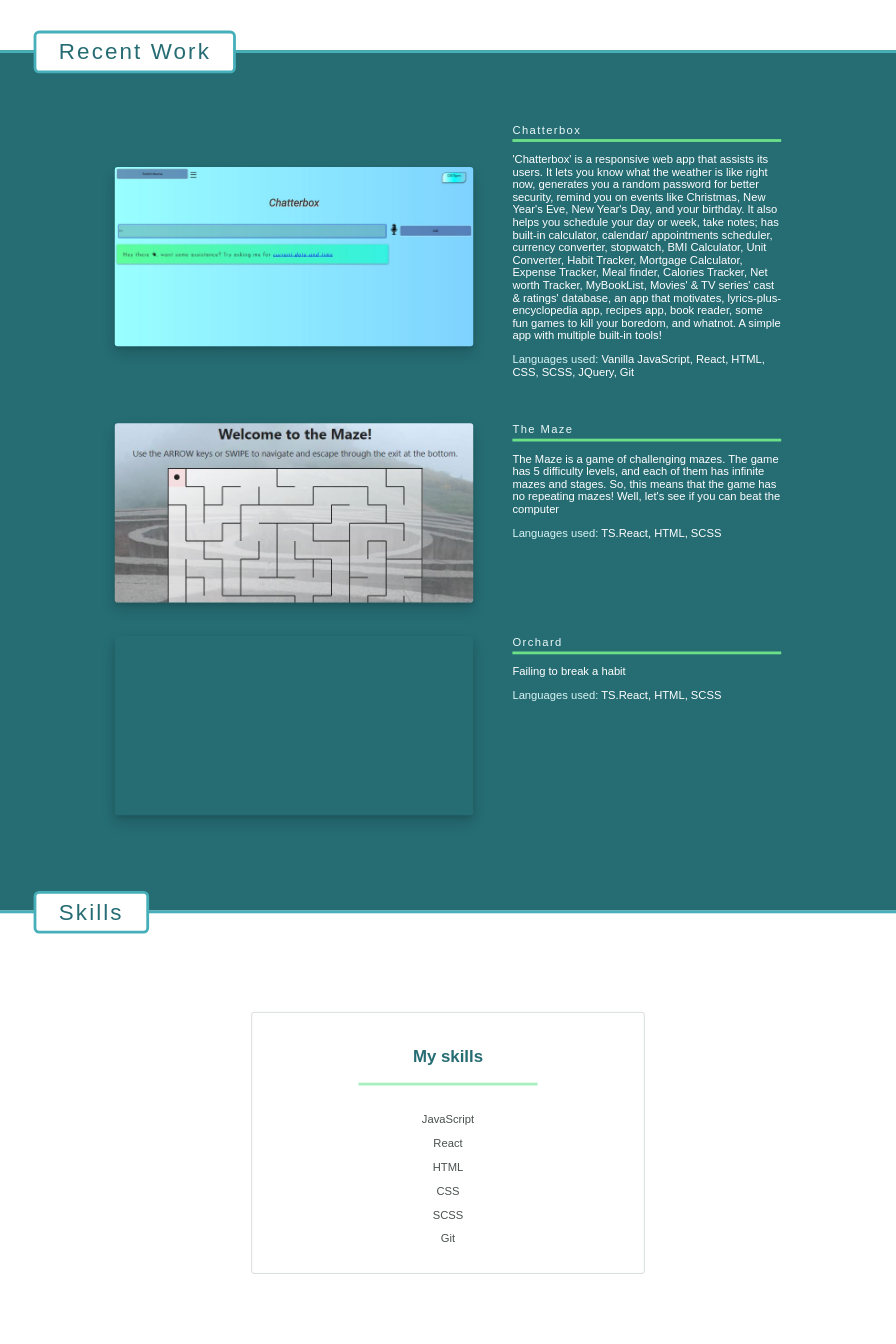
Repository: Abbaskhurram255/port
Page: /
The author's editor kept a copy of each file at every save. The page is drawn from the files as they stood at one save, then again after the next save.
The browser window is 1280 px wide. The pictures show the part of the page from y = 794 to 2714 px (the page is 3086 px tall), at 70% of full size.
The page's requests for data from a server got no answer. Some web fonts or font styles are not loaded; a fallback is used. Some web libraries are served in a nearby version. The project was rebuilt for these pictures with package versions that can differ from the ones it lists, and the page was loaded fresh each time. No one was signed in, and anything a server would have sent is missing.

Above is the page before, as saved 2021-01-01 22:59:58.

After the next save:
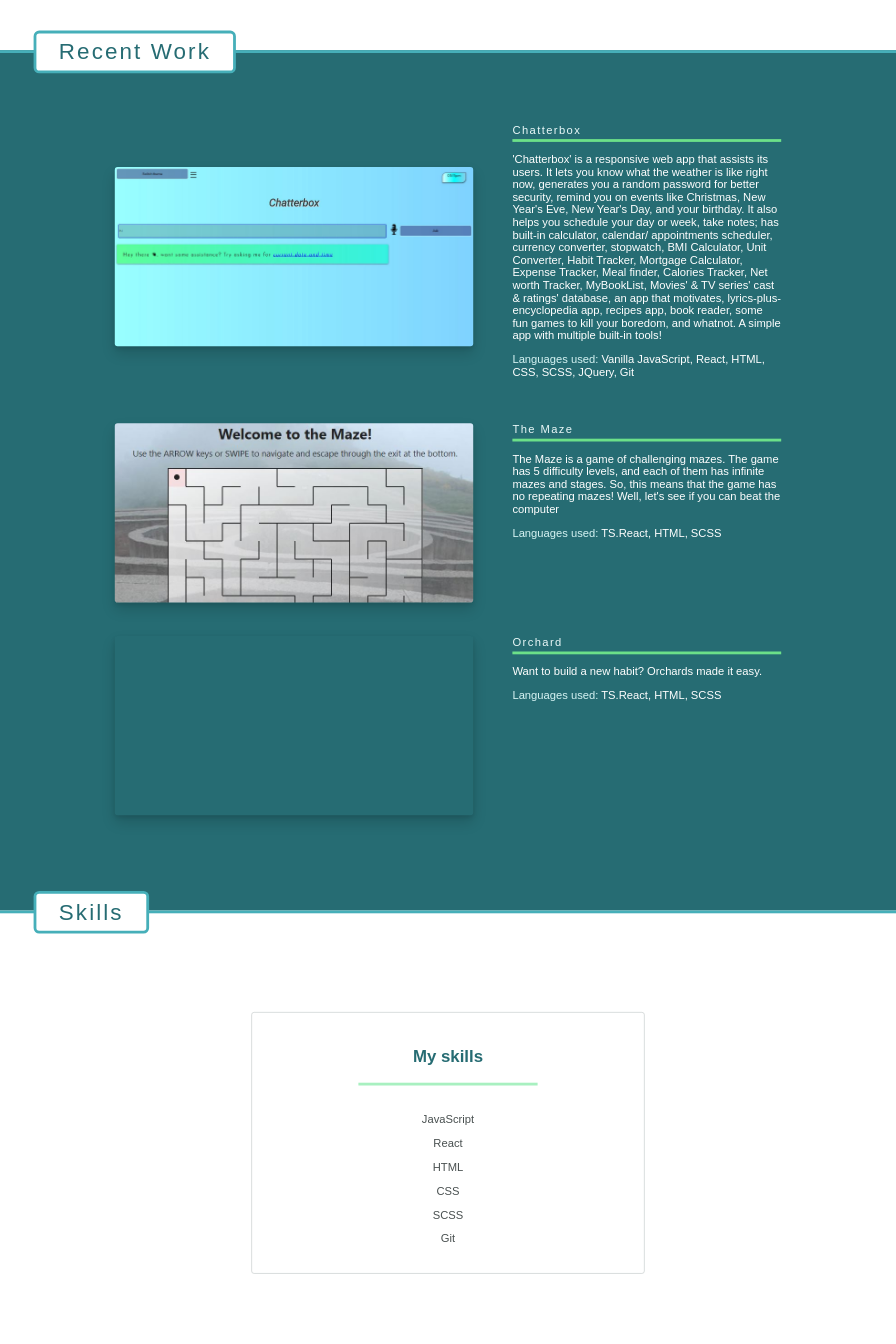
Saved 43 s later.
--- a/src/utils/data.ts
+++ b/src/utils/data.ts
@@ -32,7 +32,7 @@
   },
   {
     description:
-      "Failing to break a habit",
+      "Want to build a new habit? Orchards made it easy.",
     image: "orchard",
     name: "Orchard",
     androidVLink: "https://github.com/Abbaskhurram255/habit-builder/raw/main/android/orchard.apk?raw=true",
